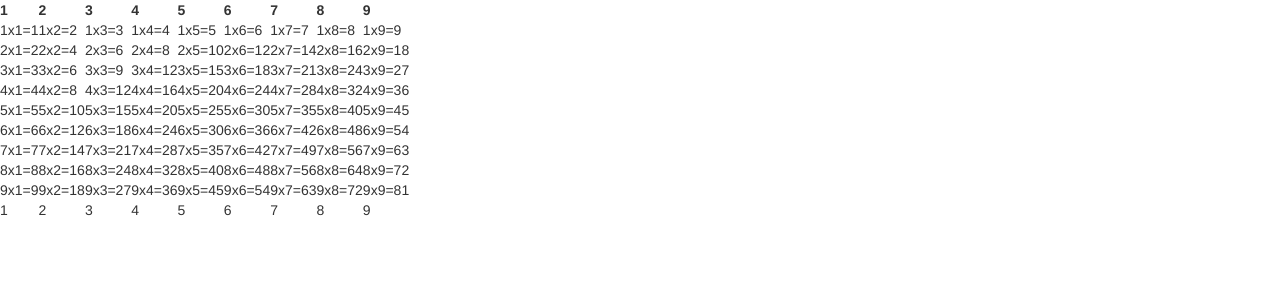
Repository: SongSooJin/JSP
Page: http://localhost/5-jsp-basic/example5/gugudan2.jsp
These files come from the project's save history. The page is drawn as it stood at one moment and after the next save; the edit follows.
The browser window is 1280 px wide. The pictures show the whole page.
The page is served by Tomcat 9. Other server files are loaded and not shown.

Above is the page before, as saved 2018-10-08 05:56:21.

### 5-jsp-basic/WebContent/example5/gugudan2.jsp
<%@ page language="java" contentType="text/html; charset=UTF-8"
	pageEncoding="UTF-8"%>
<!DOCTYPE html>
<html>
<head>
<meta charset="UTF-8">
<title>Insert title here</title>
<meta name="viewport" content="width=device-width, initial-scale=1">
  <link rel="stylesheet" href="https://maxcdn.bootstrapcdn.com/bootstrap/3.3.7/css/bootstrap.min.css">
  <script src="https://ajax.googleapis.com/ajax/libs/jquery/3.3.1/jquery.min.js"></script>
  <script src="https://maxcdn.bootstrapcdn.com/bootstrap/3.3.7/js/bootstrap.min.js"></script>

</head>
<body>

	<table>
		<thead>
			<tr>
				<%
					for (int i = 1; i <= 9; i++) {
						out.print("<th>" + i + "</th>");
					}
				%>
			</tr>
		</thead>

		<tbody>
			<%
				for (int i = 1; i <= 9; i++) { // 행
					out.print("<tr>");
					for (int j = 1; j <= 9; j++) { // 열
						out.print("<td>");
						out.print(i + "x" + j + "=" + (i * j));
						out.print("</td>");
					}

					out.print("</tr>");
				}
			%>
			<tr>
				<td>1</td>
				<td>2</td>
				<td>3</td>
				<td>4</td>
				<td>5</td>
				<td>6</td>
				<td>7</td>
				<td>8</td>
				<td>9</td>
			</tr>
		</tbody>
	</table>

</body>
</html>

After the next save:
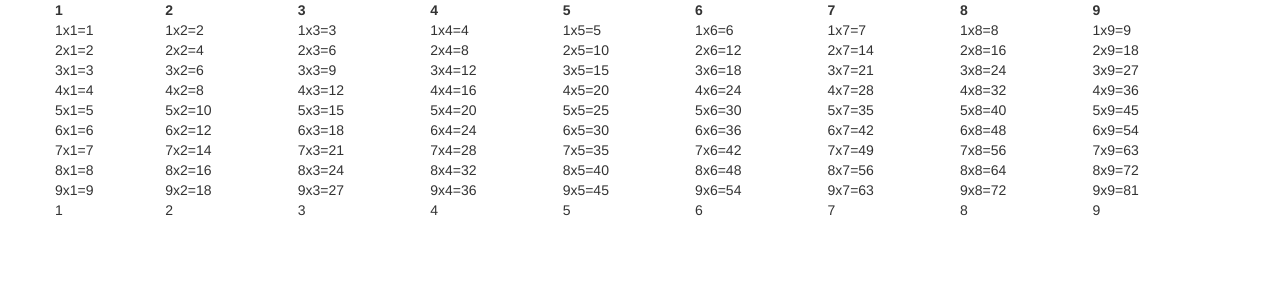
Saved 9 s later.
--- a/5-jsp-basic/WebContent/example5/gugudan2.jsp
+++ b/5-jsp-basic/WebContent/example5/gugudan2.jsp
@@ -13,7 +13,7 @@
 </head>
 <body>
 
-	<table>
+	<table class="container">
 		<thead>
 			<tr>
 				<%
